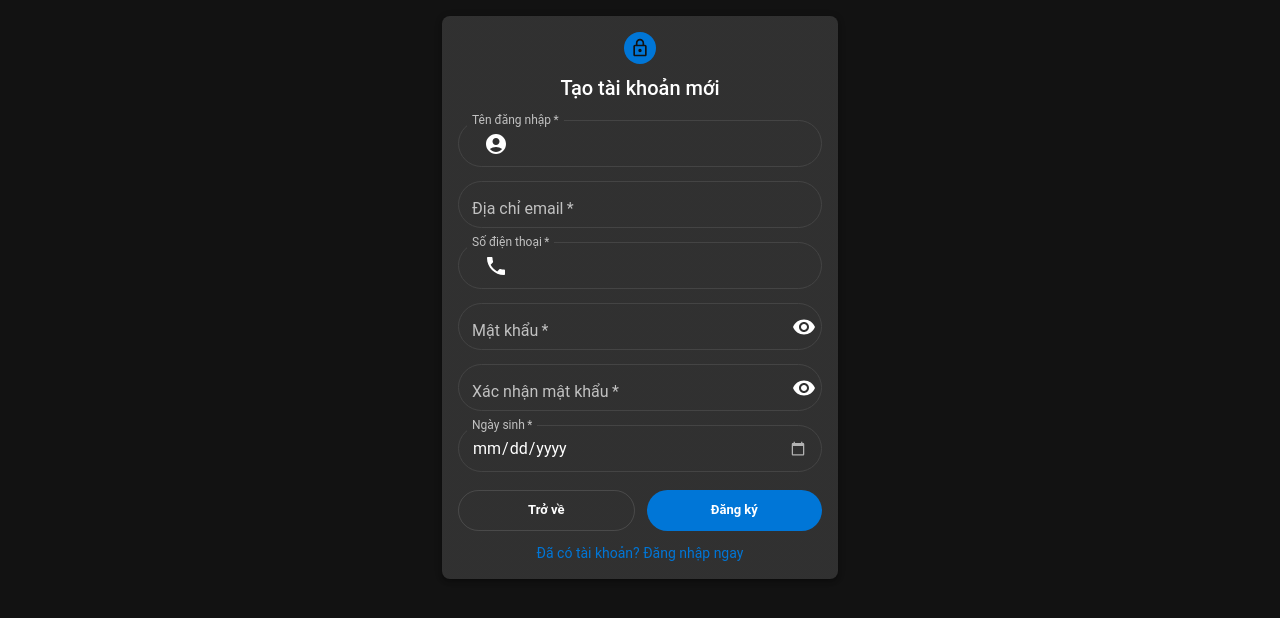
Repository: thtrunghau/ecommerce-ui-dacntt
Page: /auth/register
An editor plug-in stored every save of this project. The page is shown before and after the next save, followed by the edit.
The browser window is 1280 px wide. The pictures show the whole page.
The project was rebuilt for these pictures with package versions that can differ from the ones it lists, and the page was loaded fresh each time. Also part of the build but not shown: vite.config.ts, src/mockData/mockData.ts, src/utils/helpers.ts, src/components/shared/NavDropdown.tsx, src/components/shared/UserMenu.tsx, src/components/shared/Header.tsx, src/components/common/RoundedButton.tsx, src/components/features/home/HeroSection.tsx and 7 more.

Above is the page before, as saved 2025-06-13 00:25:24.

After the next save:
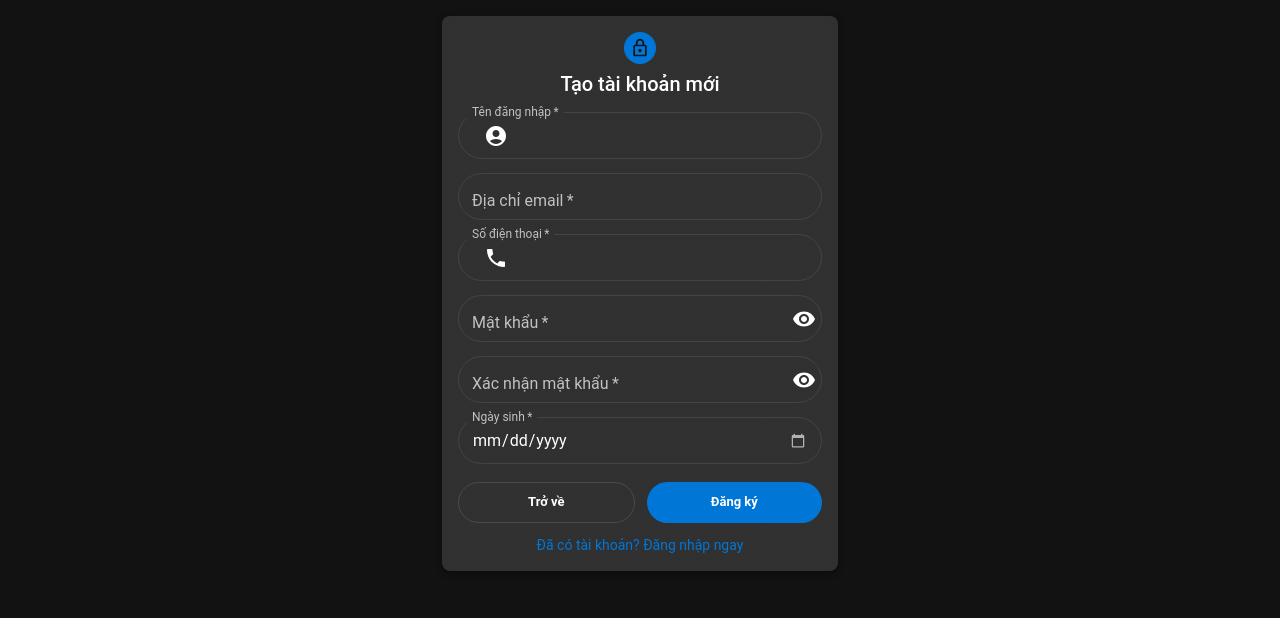
Saved 13 s later.
--- a/src/pages/auth/RegisterStandalone.tsx
+++ b/src/pages/auth/RegisterStandalone.tsx
@@ -209,11 +209,10 @@ const RegisterStandalone: React.FC = () => {
             bgcolor: "background.paper",
             borderRadius: 2,
           }}
-        >
-          <Avatar sx={{ mb: 1, bgcolor: "primary.main", width: 32, height: 32 }}>
+        >          <Avatar sx={{ mb: 0.5, bgcolor: "primary.main", width: 32, height: 32 }}>
             <LockOutlined sx={{ fontSize: 20 }} />
           </Avatar>
-          <Typography component="h1" variant="h6" sx={{ mb: 2 }}>
+          <Typography component="h1" variant="h6" sx={{ mb: 1.5 }}>
             Tạo tài khoản mới
           </Typography>
           {formError && (
